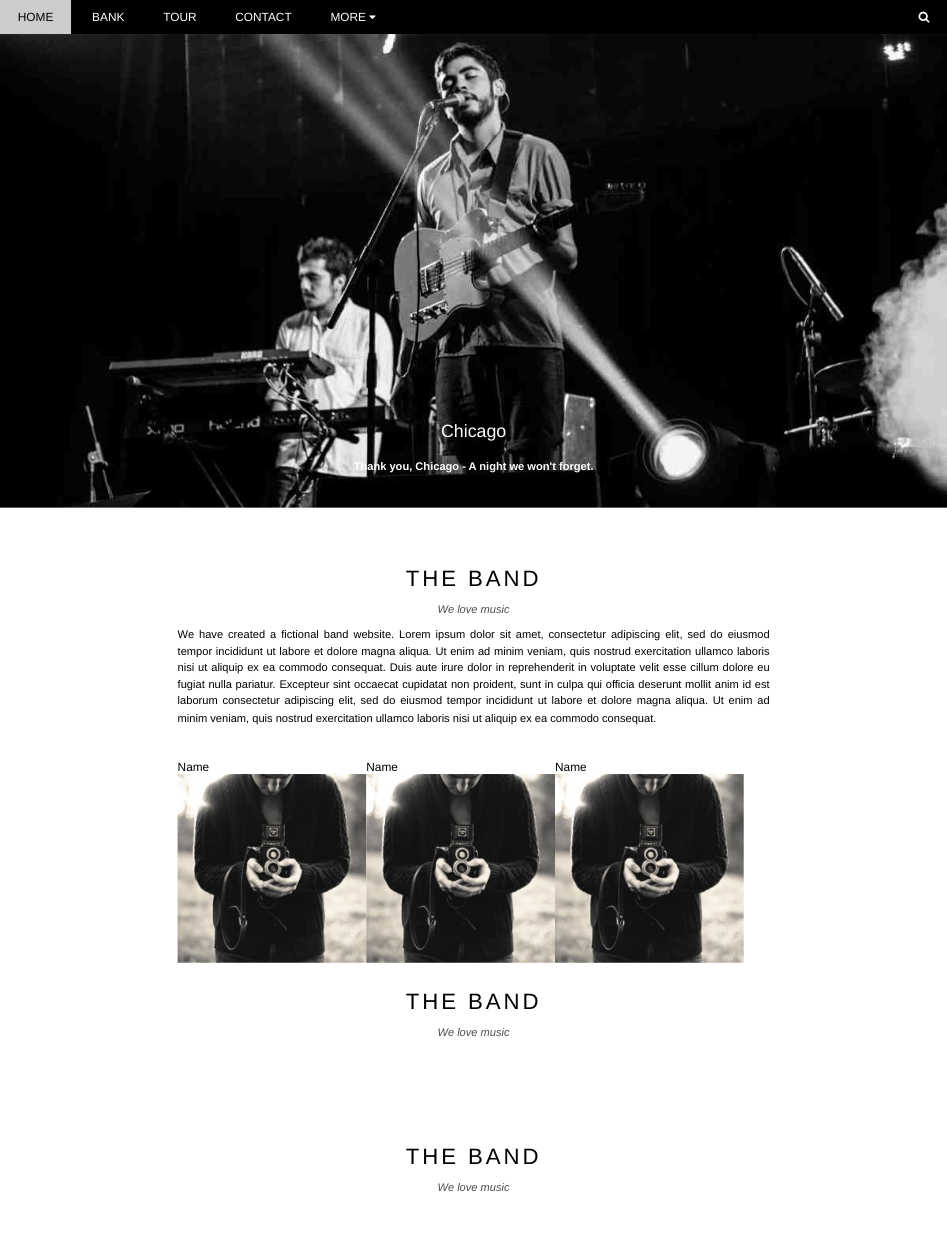
Repository: vuongtm1999/TheBand_W3School
Page: index.html
These files come from the project's save history. The page is drawn as it stood at one moment and after the next save; the edit follows.
The browser window is 1280 px wide. The pictures show the whole page, at 74% of full size.

Above is the page before, as saved 2022-08-26 12:55:13.

After the next save:
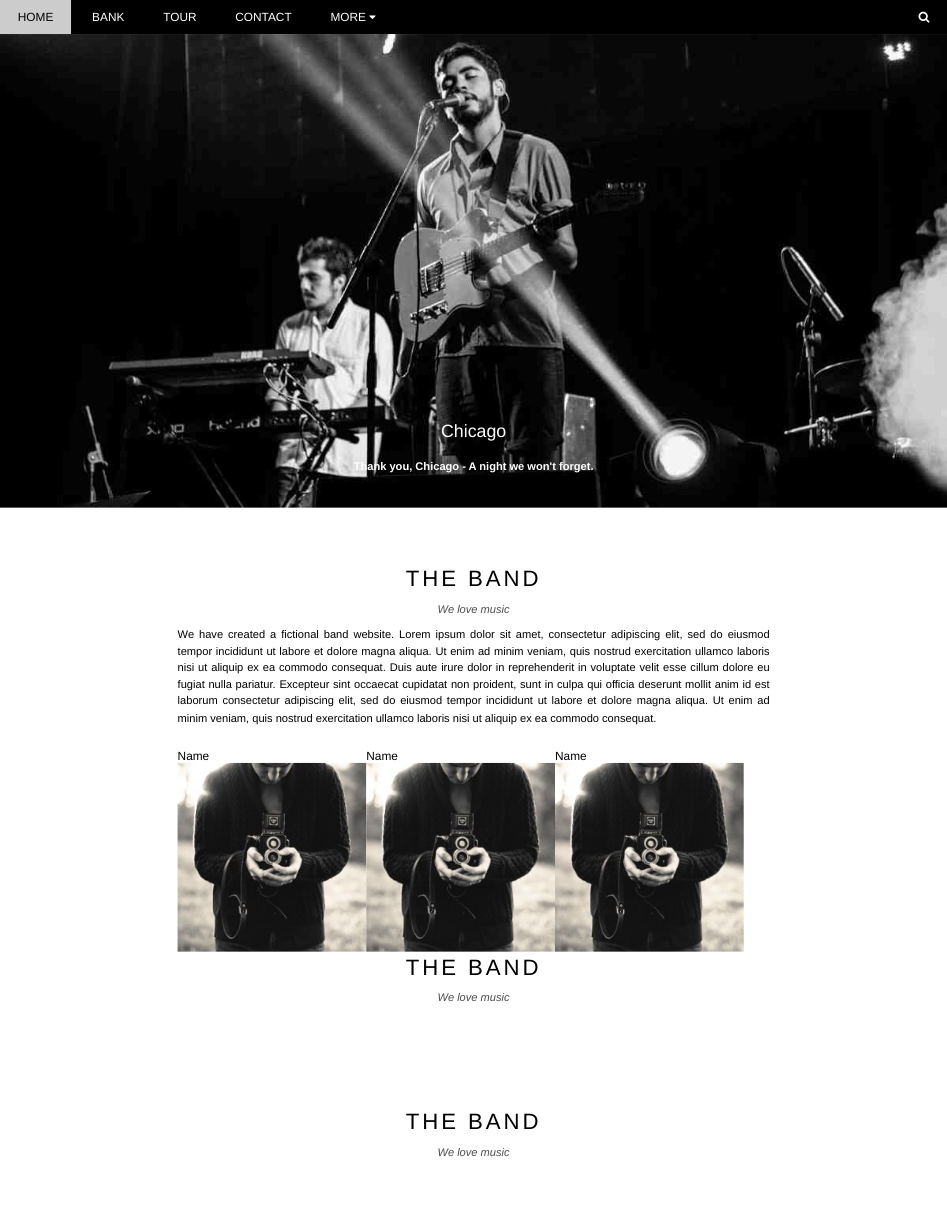
Saved 86 s later.
--- a/assets/css/style.css
+++ b/assets/css/style.css
@@ -183,6 +183,9 @@ a{
 
 .content-section .member-item{
     float: left;
+}
+
+.content-section .member-list{
     margin: 32px 0;
 }
 
